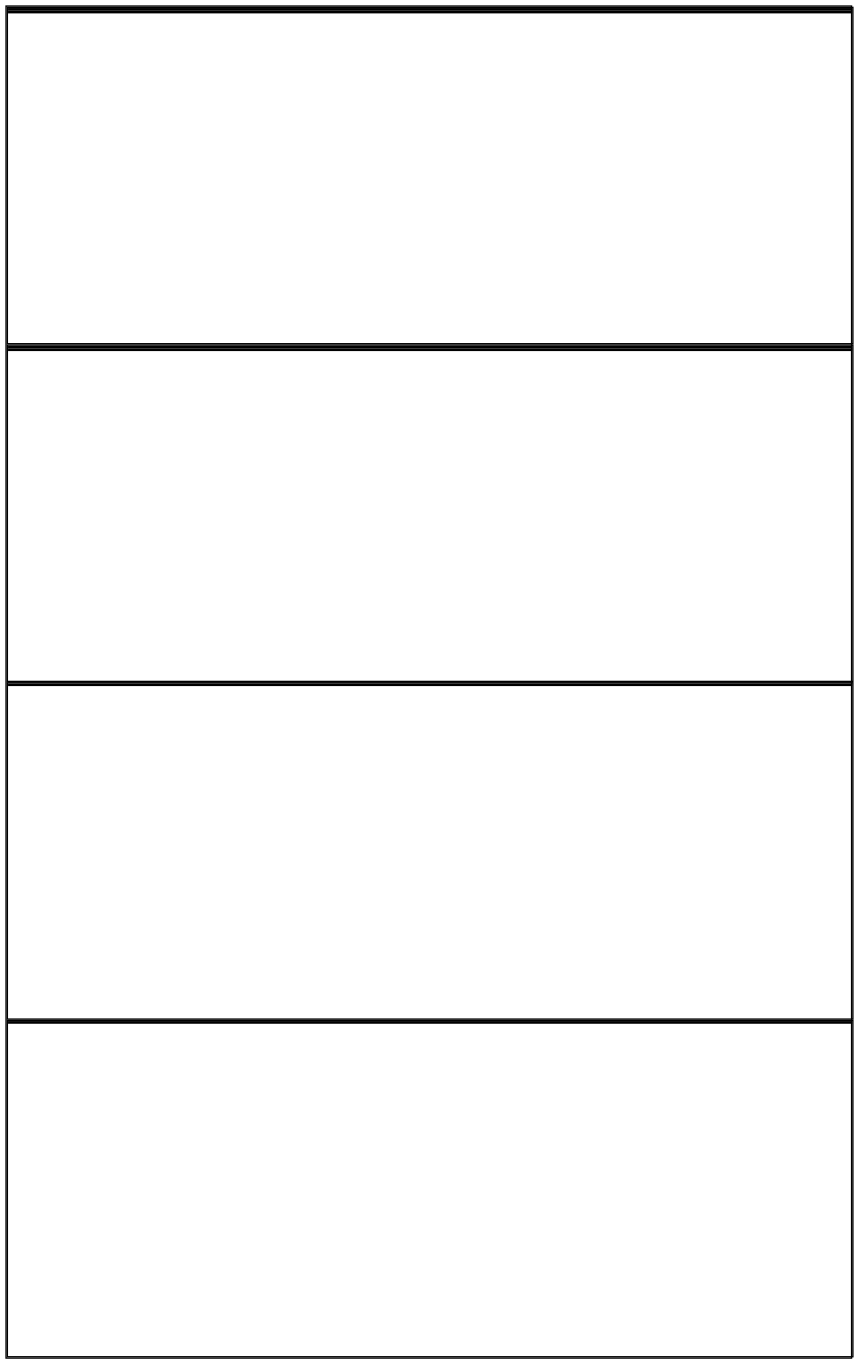
Repository: JHooniie/mini-Project
Page: http://localhost/Project-UIUX/index.jsp
An editor plug-in stored every save of this project. The page is shown before and after the next save, followed by the edit.
The browser window is 1280 px wide. The pictures show the whole page, at 67% of full size.
The page is served by Tomcat 9.

Above is the page before, as saved 2022-07-02 07:24:39.

After the next save:
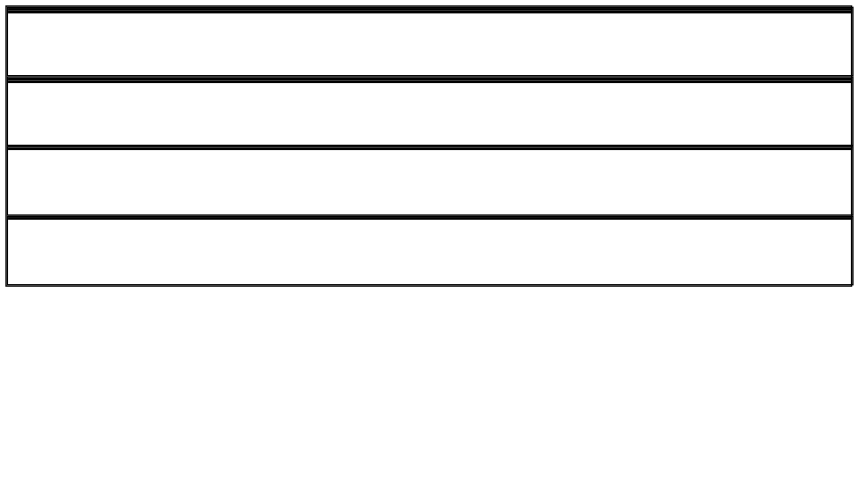
Saved 68 s later.
--- a/Project-UIUX/src/main/webapp/index.jsp
+++ b/Project-UIUX/src/main/webapp/index.jsp
@@ -14,7 +14,7 @@
 		}
 		.big {
 		width:100%;
-		height:500px;
+		height:100px;
 		}
 		div {
 		border:solid black 2px;
